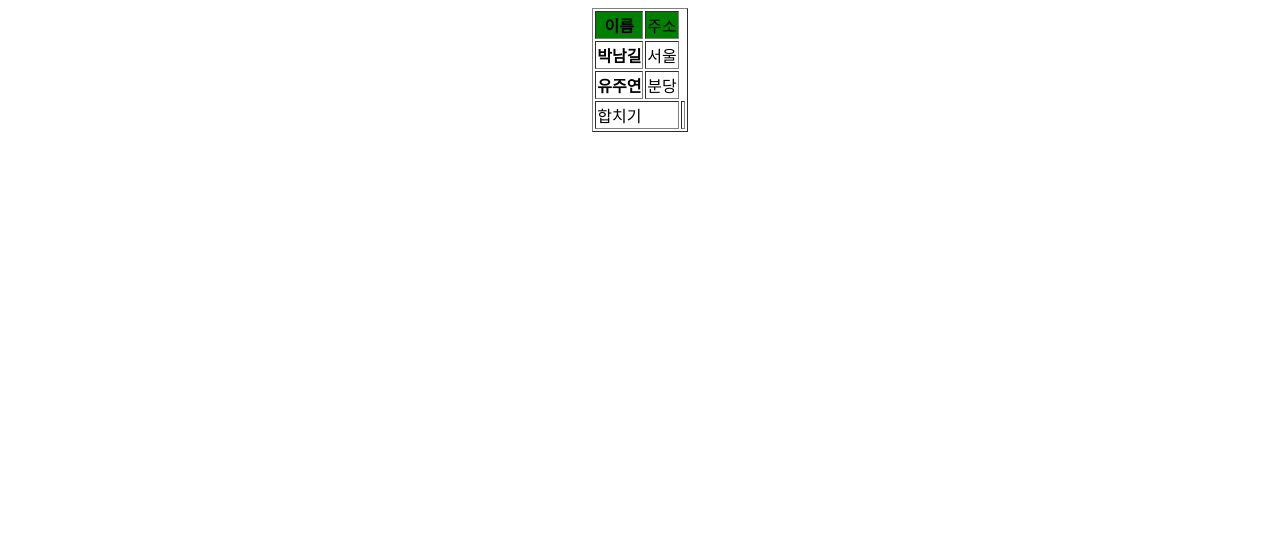
Repository: nijooymik/smartfactory
Page: jsp/t0718/src/main/webapp/html/img/table01.html
The author's editor kept a copy of each file at every save. The page is drawn from the files as they stood at one save, then again after the next save.
The browser window is 1280 px wide. The pictures show the whole page.

Above is the page before, as saved 2022-07-18 04:43:02.

After the next save:
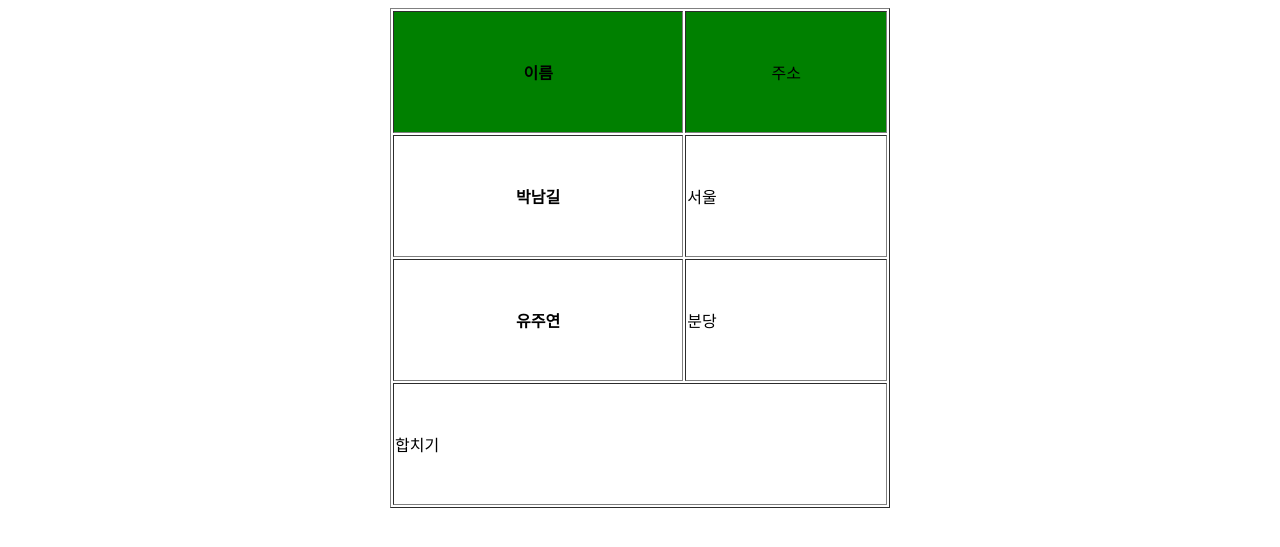
Saved 24 s later.
--- a/jsp/t0718/src/main/webapp/html/img/table01.html
+++ b/jsp/t0718/src/main/webapp/html/img/table01.html
@@ -5,7 +5,7 @@
 <title>Insert title here</title>
 </head>
 <body>
-	<table border=1 align=center>
+	<table border=1 align=center width="500" height="500">
 		<tr bgcolor="green">
 			<th>이름</th>
 			<td align=center>주소</td>
@@ -20,7 +20,6 @@
 		</tr>
 		<tr>
 			<td colspan=2>합치기</td>
-			<td></td>
 		</tr>
 	</table>
 </body>
